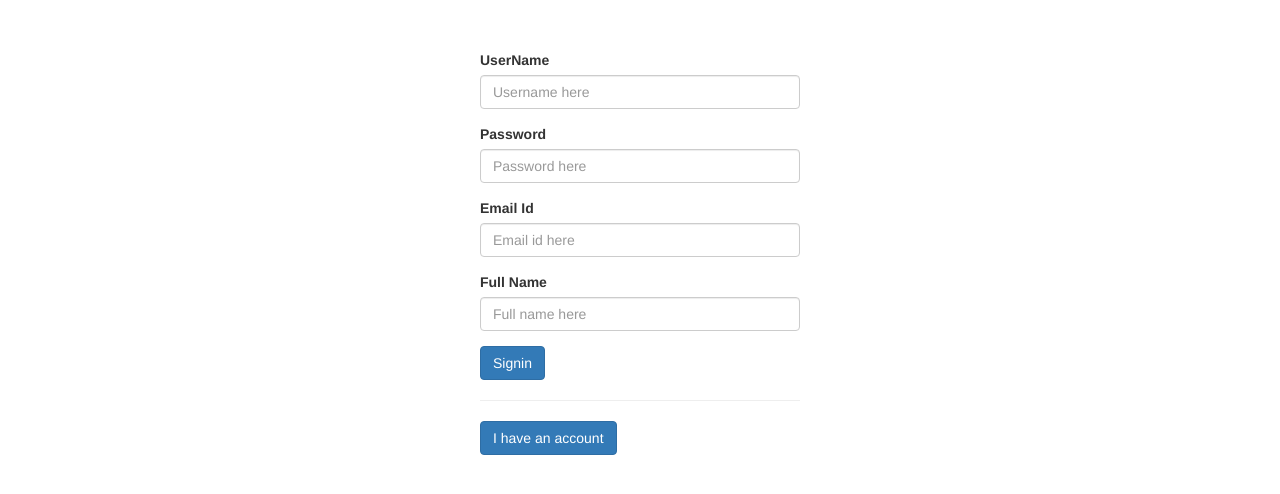
Repository: hamshini/demopro
Page: wippro/Application/WebContent/signup.html
An editor plug-in stored every save of this project. The page is shown before and after the next save, followed by the edit.
The browser window is 1280 px wide. The pictures show the whole page.

Above is the page before, as saved 2018-01-10 04:38:27.

### wippro/Application/WebContent/signup.html
<!DOCTYPE html>
<html>
<head>
<meta charset="ISO-8859-1">
<link rel="stylesheet" href="css/bootstrap.min.css" type="text/css">
<title>Signin page</title>
</head>
<body>
<div style="width: 320px; margin:50px auto;">
<form class="form-group" action="SigninValidate" method="post">
 <div class="form-group">
<label for="authid">UserName</label>
<input type="text" class="form-control" name="user" id="authid" placeholder="Username here" />
</div>
<div class="form-group">
<label for="authpass">Password</label>
<input type="password" id="authpass" name="pass" class="form-control" placeholder="Password here" />
</div>
<div class="form-group">
<label>Email Id</label>
<input type="text" placeholder="Email id here"  class="form-control" name="email" required>
</div>
<div class="form-group">
<label>Full Name</label>
<input type="text" placeholder="Full name here"  class="form-control" name="full-name" required>
</div>

    <div class="clearfix">
      <input type="submit" value="Signin" class="btn btn-primary" />
      </div>
      <hr>
     <div>
      <button type="button" class="btn btn-primary">I have an account</button>
    </div>
</form>
</div>
</body>
</html>

Loaded but not shown: wippro/Application/WebContent/css/bootstrap.min.css (library)

After the next save:
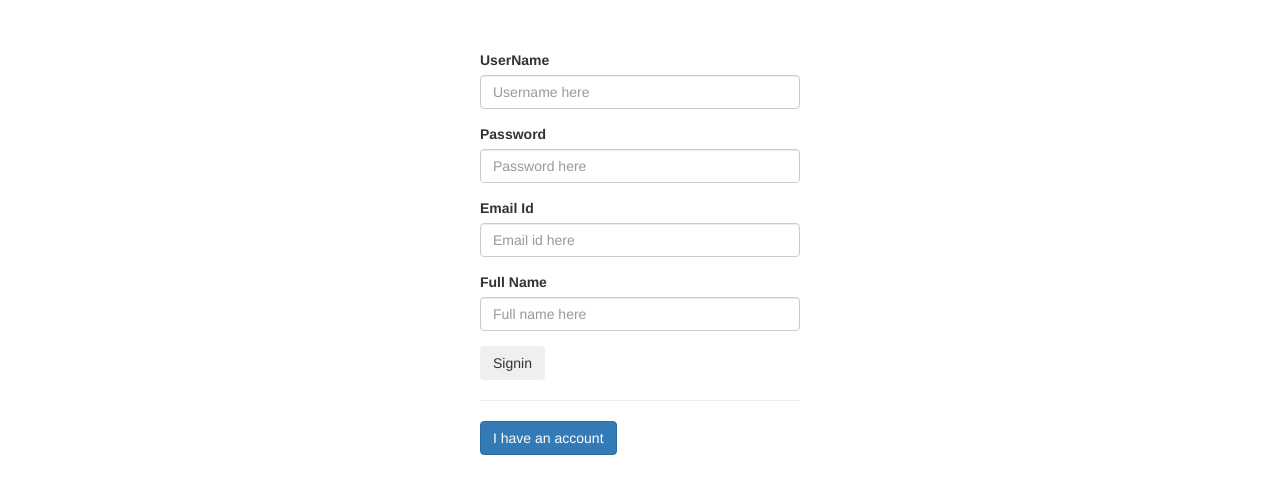
Saved 32 s later.
--- a/wippro/Application/WebContent/signup.html
+++ b/wippro/Application/WebContent/signup.html
@@ -26,7 +26,7 @@
 </div>
 
     <div class="clearfix">
-      <input type="submit" value="Signin" class="btn btn-primary" />
+      <input type="submit" value="Signin" class="btn btn-secondary" />
       </div>
       <hr>
      <div>
